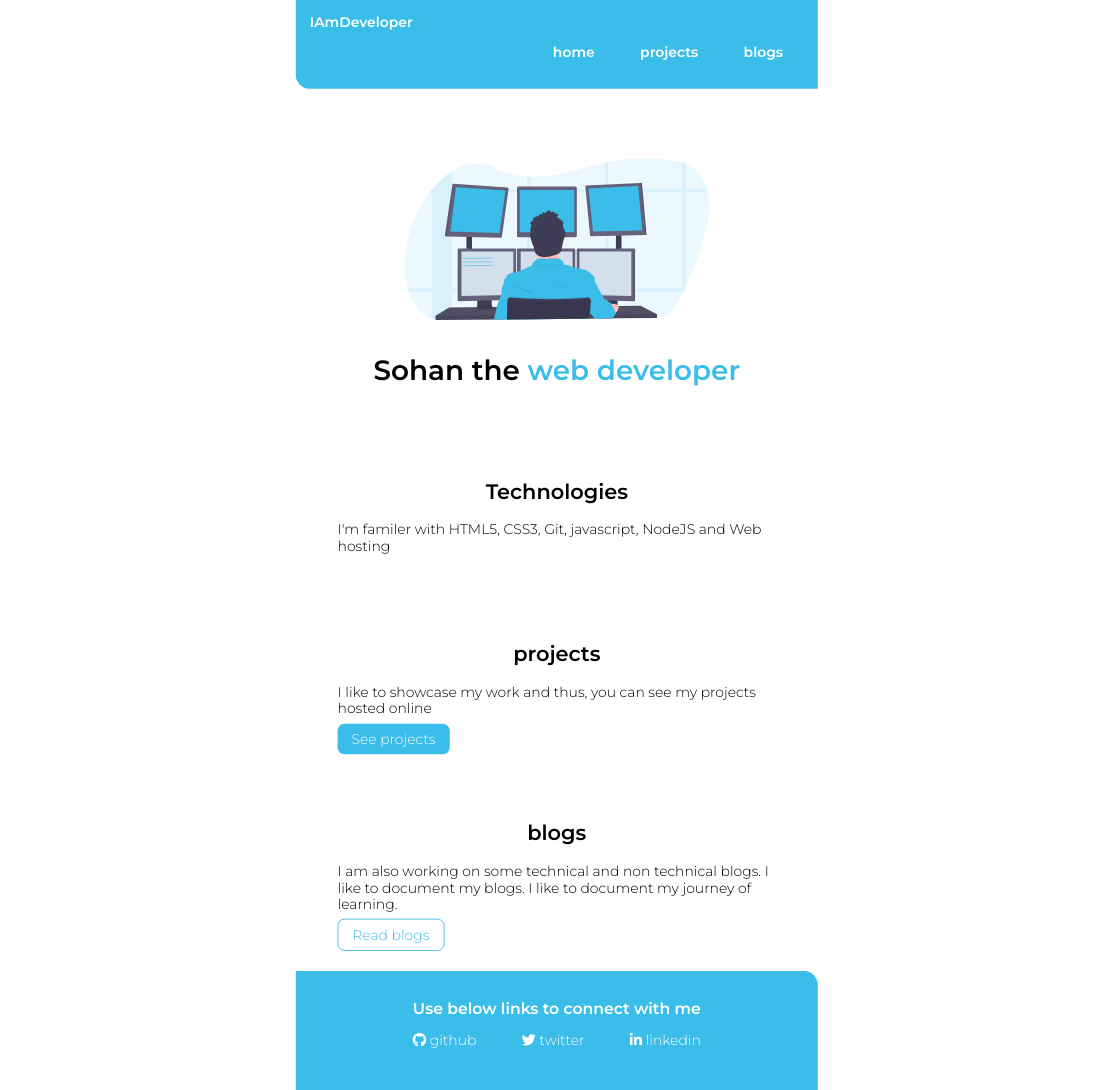
Repository: sohan2503001/Portfolio
Page: index.html
These files come from the project's save history. The page is drawn as it stood at one moment and after the next save; the edit follows.
The browser window is 1280 px wide. The pictures show the whole page, at 87% of full size.

Above is the page before, as saved 2021-03-28 10:27:20.

After the next save:
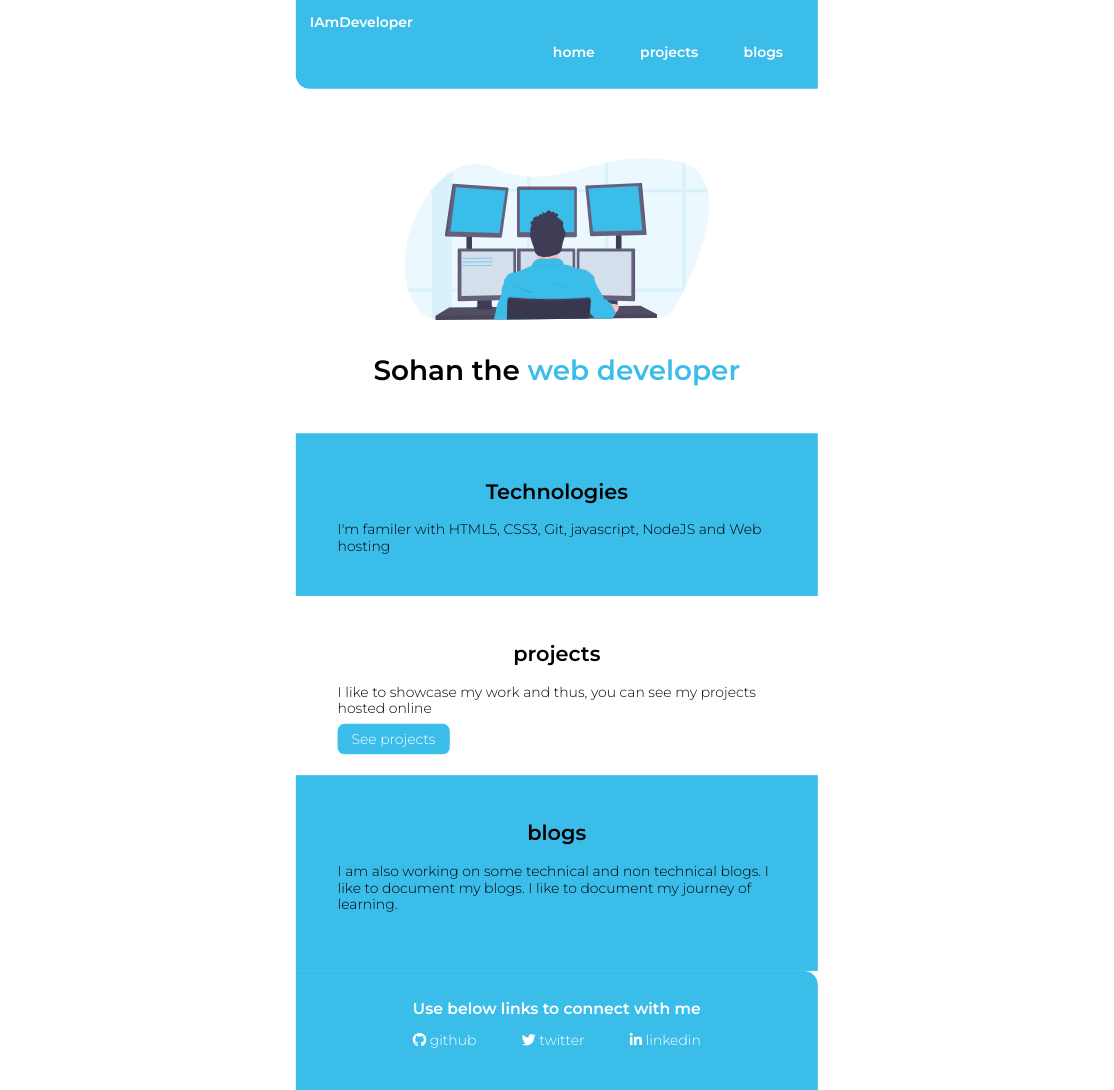
Saved 5 s later.
--- a/style.css
+++ b/style.css
@@ -3,7 +3,7 @@
 :root{
     --primary-color: #3BBDEA;
     --dark-gray: #4B5563;
-    --off-white: #;
+    --off-white: #3BBDEA;
 }
 
 body {
